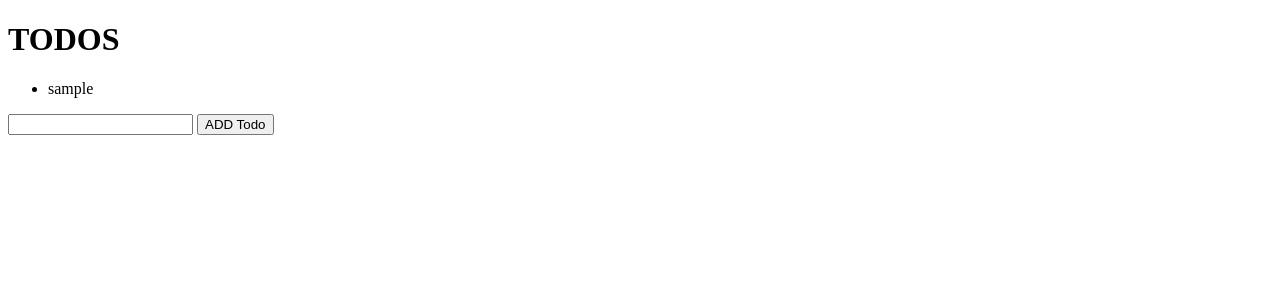
Repository: anonymous1508/todo
Page: http://localhost/
These files come from the project's save history. The page is drawn as it stood at one moment and after the next save; the edit follows.
The browser window is 1280 px wide. The pictures show the whole page.
The page is served by the project's application, run on Flask 3 (app.py).

Above is the page before, as saved 2023-04-04 14:25:40.

### todo/templates/index.html
<!DOCTYPE html>
<html lang="en">
<head>
    <meta charset="UTF-8">
    <meta http-equiv="X-UA-Compatible" content="IE=edge">
    <meta name="viewport" content="width=device-width, initial-scale=1.0">
    <title>My todo list</title>
</head>
<body>
    <h1>
        TODOS
    </h1>
    <ul>
        {%for todo in todos%}
        <li>
            {{todo['task']}}
        </li>
        {%endfor%}
    </ul>
    <form action="{{url_for('add')}}" method="post">
        <input type="text" names="todo">
        <button type="submit">ADD Todo</button>
    </form>

</body>
</html>

### todo/app.py
from flask import Flask ,render_template, request,redirect ,url_for

app=Flask(__name__,template_folder="templates")

todos=[{"task":"sample", "done":False}]



@app.route("/")

def index():
    return render_template("index.html", todos=todos)

@app.route("/add" ,methods=["POST"])
def add():
    todo = request.form['todo']
    todos.append({"task":todo, "done":False})
    return redirect(url_for("index"))
@app.route("/edit/<int:index>" ,methods=["GETS","POST"])
def edit(index):
    todo=todos[index]
    if request.method=="POST":
        todo['task']=request.form["todo"]
        return redirect(url_for("index"))
    else :
        return render_template("edit.html",todo=todo,index=index)

@app.route("/check/<int:index>")
def check(index):
    todos[index]['done']=not todos[index]['done']
    return redirect(url_for("index"))

@app.route("/delete/<int:index>")
def delete(index):
    del todos[index]
    redirect(url_for("index"))



if __name__ == '__main__':
    app.run(debug=True)

After the next save:
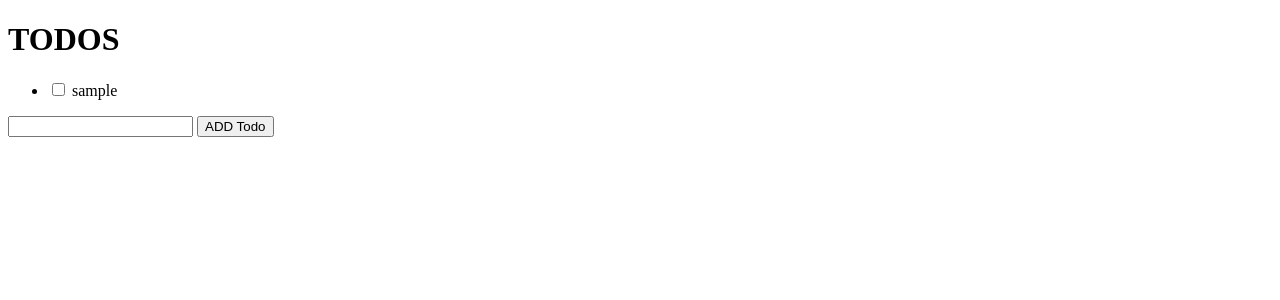
Saved 5 min 50 s later.
--- a/todo/templates/index.html
+++ b/todo/templates/index.html
@@ -13,6 +13,7 @@
     <ul>
         {%for todo in todos%}
         <li>
+            <input type="checkbox" name="done"{% if todo['done'] %}checked {%endif%} onchange="this.form.submit()">
             {{todo['task']}}
         </li>
         {%endfor%}
